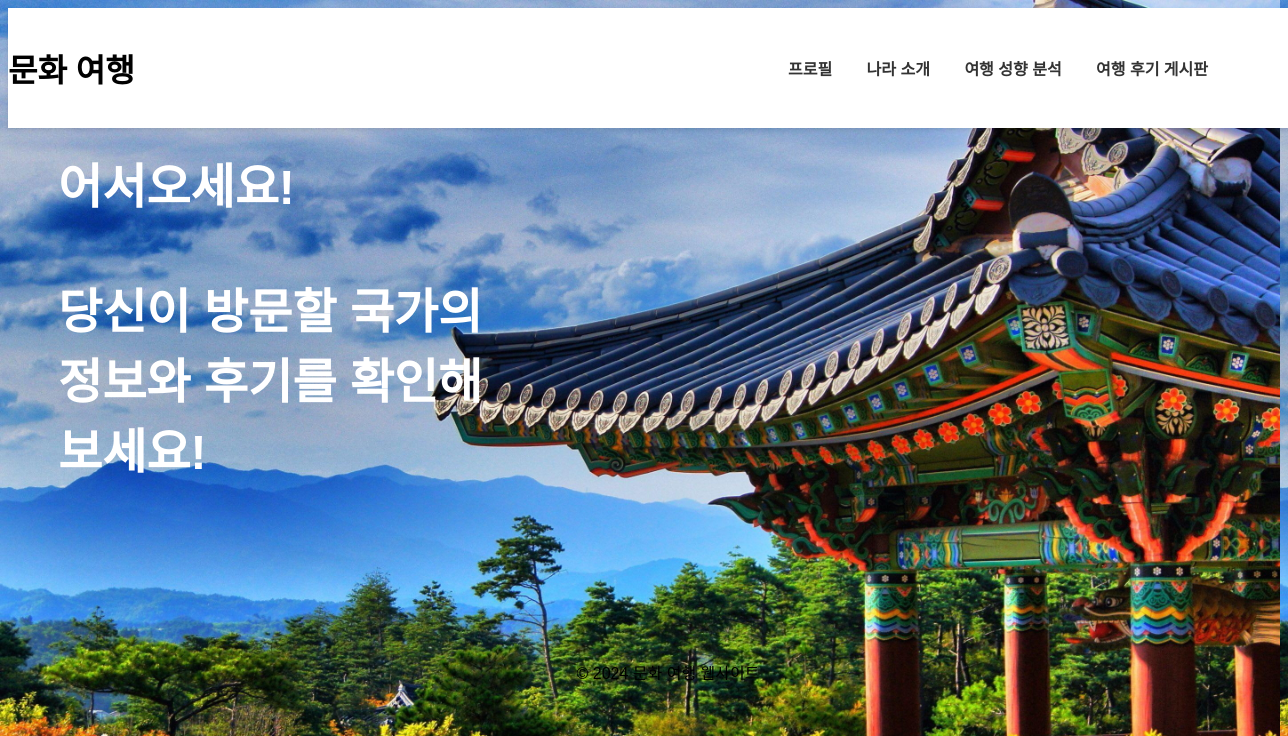
Repository: LifeIsRightward/WebServer
Page: http://localhost/JSPBook/Project/index.jsp
An editor plug-in stored every save of this project. The page is shown before and after the next save, followed by the edit.
The browser window is 1280 px wide. The page is 1288 px wide, so the pictures cover 1288 px, including what lies to the right of the window. The pictures show the whole page.
Backgrounds fixed to the window are drawn as part of the page. The page is served by Tomcat 9.

Above is the page before, as saved 2024-06-04 16:16:41.

After the next save:
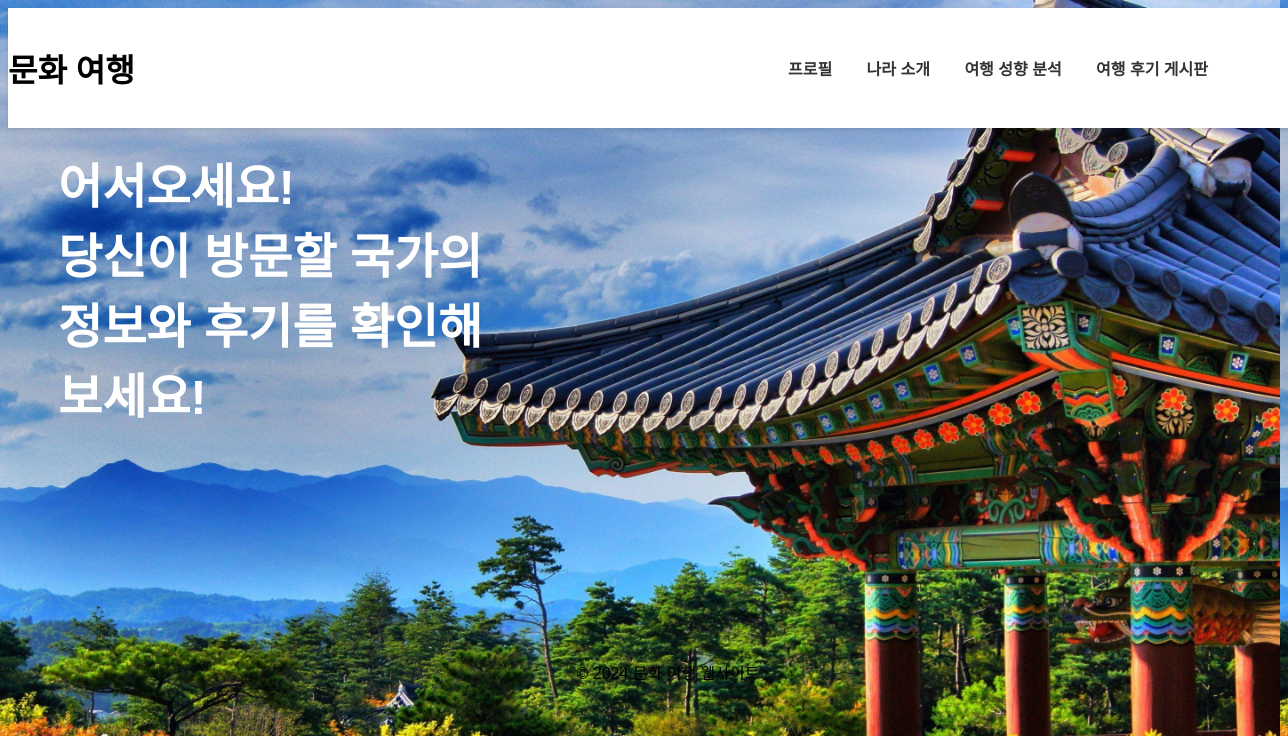
Saved 5 s later.
--- a/JSPBook/src/main/webapp/Project/index.jsp
+++ b/JSPBook/src/main/webapp/Project/index.jsp
@@ -21,7 +21,7 @@
     </header>
 
 	<div class="welcome-text">
-		<h1>어서오세요! <br><br>
+		<h1>어서오세요! <br>
 		당신이 방문할 국가의 정보와 후기를 확인해보세요!</h1>
 	</div>
 
